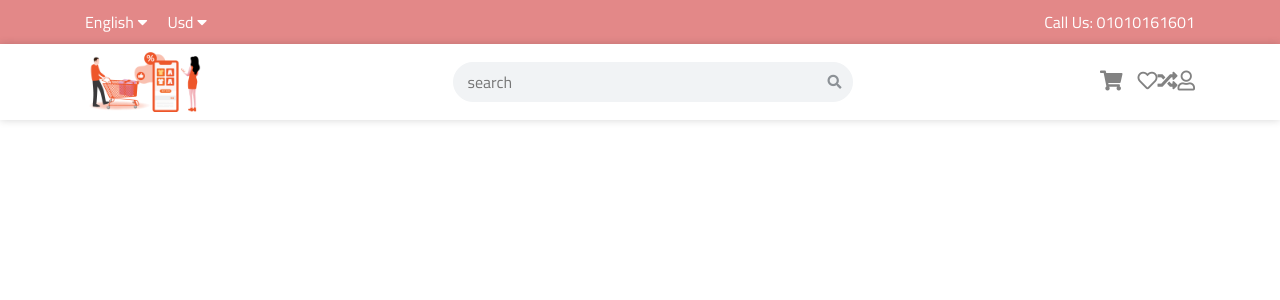
Repository: amrh20/ecommerce-temp
Page: src/index.html
The author's editor kept a copy of each file at every save. The page is drawn from the files as they stood at one save, then again after a run of saves.
The browser window is 1280 px wide. The pictures show the whole page.
The style sheet was rebuilt from its Sass, Less or Tailwind sources for each picture, by a compiler version that may differ from the author's.

Above is the page before, as saved 2020-01-19 11:06:38.

After the next 2 saves:
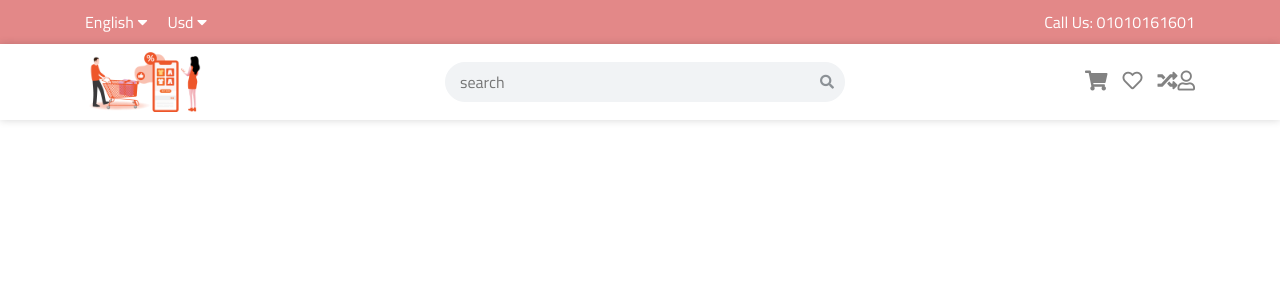
The 2 saves are shown as one change because they came seconds apart.
The last was saved 39 s later.
--- a/src/styles/header.scss
+++ b/src/styles/header.scss
@@ -197,6 +197,10 @@
             }
           }
         }
+        // wishlist veiw
+        .wishlist-view {
+          margin-right: 15px;
+        }
       }
     }
   }

After the save that followed:
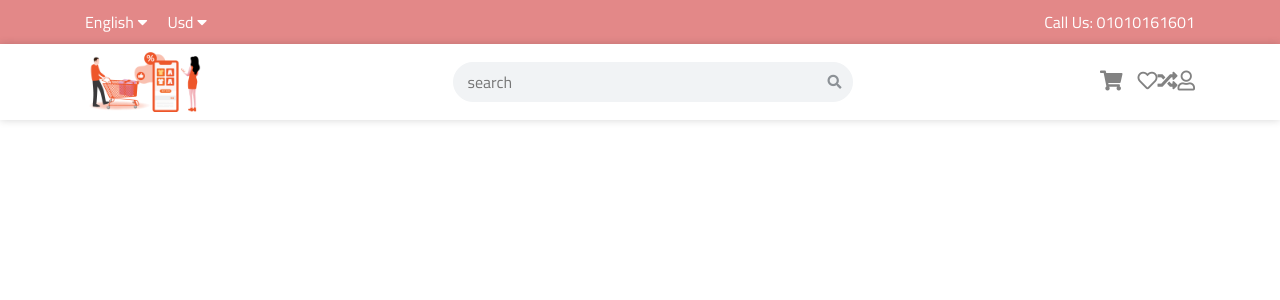
Saved 15 s later.
--- a/src/styles/header.scss
+++ b/src/styles/header.scss
@@ -197,10 +197,7 @@
             }
           }
         }
-        // wishlist veiw
-        .wishlist-view {
-          margin-right: 15px;
-        }
+
       }
     }
   }
